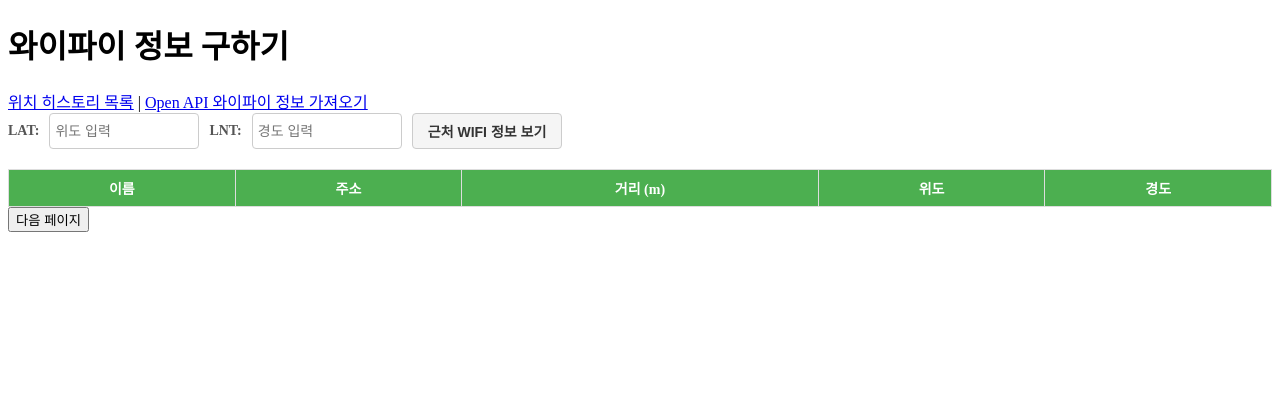
Repository: sangpyolee0/zerobase_task
Page: http://localhost/WifiProject/
An editor plug-in stored every save of this project. The page is shown before and after the next save, followed by the edit.
The browser window is 1280 px wide. The pictures show the whole page.
The page is served by Tomcat 9.

Above is the page before, as saved 2024-12-08 17:52:07.

After the next save:
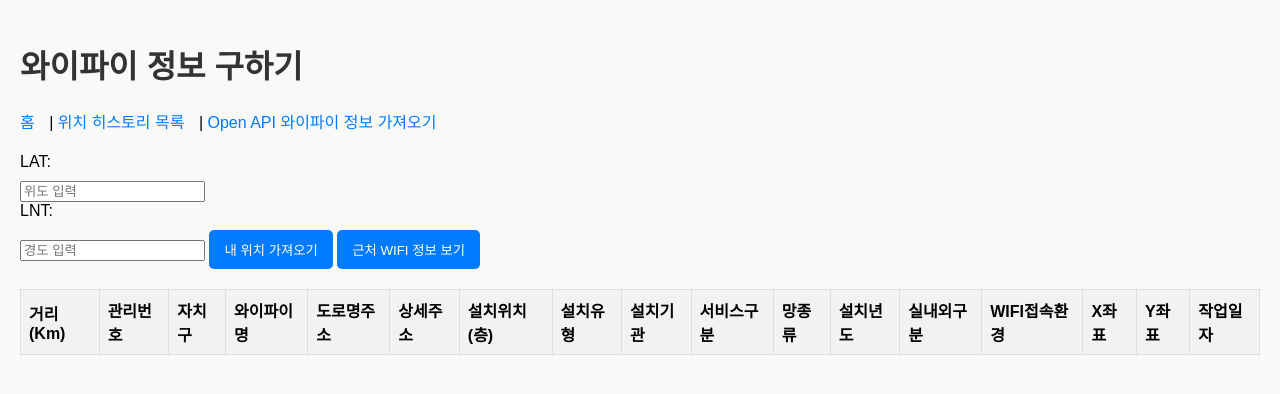
Saved 2 min 41 s later.
--- a/WifiProject/src/main/webapp/index.jsp
+++ b/WifiProject/src/main/webapp/index.jsp
@@ -2,98 +2,60 @@
 <!DOCTYPE html>
 <html>
 <head>
+    <link rel="stylesheet" type="text/css" href="css/style.css">
     <title>와이파이 정보 구하기</title>
-    <link rel="stylesheet" type="text/css" href="css/index.css">
-    <script>
-        let currentPage = 1; // 현재 페이지 번호
-
-        // AJAX 요청 함수
-        function fetchWifiData(lat, lnt, page) {
-            fetch(`nearby-wifi.jsp?lat=${lat}&lnt=${lnt}&page=${page}`)
-                .then(response => response.json())
-                .then(data => {
-                    if (data.length > 0) {
-                        renderTable(data);
-                    } else {
-                        alert("더 이상 데이터가 없습니다.");
-                    }
-                })
-                .catch(error => console.error("Error:", error));
-        }
-
-        // 테이블 렌더링 함수
-        function renderTable(data) {
-            const tableBody = document.getElementById("wifi-table-body");
-            if (currentPage === 1) tableBody.innerHTML = ""; // 첫 페이지면 기존 데이터 삭제
-
-            data.forEach(row => {
-                const tr = document.createElement("tr");
-                tr.innerHTML = `
-                    <td>${row.name}</td>
-                    <td>${row.address}</td>
-                    <td>${row.distance}</td>
-                    <td>${row.lat}</td>
-                    <td>${row.lnt}</td>
-                `;
-                tableBody.appendChild(tr);
-            });
-        }
-
-        // 근처 WIFI 정보 보기 버튼 클릭 이벤트
-        function showWifiData() {
-            const lat = document.getElementById("lat").value;
-            const lnt = document.getElementById("lnt").value;
-
-            if (!lat || !lnt) {
-                alert("위도와 경도를 입력해주세요!");
-                return;
-            }
-
-            currentPage = 1; // 페이지 초기화
-            fetchWifiData(lat, lnt, currentPage);
-        }
-
-        // 다음 페이지 버튼 클릭 이벤트
-        function loadNextPage() {
-            const lat = document.getElementById("lat").value;
-            const lnt = document.getElementById("lnt").value;
-
-            currentPage++;
-            fetchWifiData(lat, lnt, currentPage);
-        }
-    </script>
 </head>
 <body>
     <div class="container">
         <h1>와이파이 정보 구하기</h1>
         <nav>
+            <a href="index.jsp">홈</a> |
             <a href="history.jsp">위치 히스토리 목록</a> |
             <a href="add-wifi.jsp">Open API 와이파이 정보 가져오기</a>
         </nav>
-        <form onsubmit="event.preventDefault(); showWifiData();">
+        <form>
             <label for="lat">LAT:</label>
             <input type="text" id="lat" name="lat" placeholder="위도 입력">
             <label for="lnt">LNT:</label>
             <input type="text" id="lnt" name="lnt" placeholder="경도 입력">
-            <button type="button" onclick="showWifiData()">근처 WIFI 정보 보기</button>
+            <button type="button" onclick="fetchLocation()">내 위치 가져오기</button>
+            <button type="button" onclick="fetchWifiData()">근처 WIFI 정보 보기</button>
         </form>
-        <div class="table-container">
-            <table>
-                <thead>
-                    <tr>
-                        <th>이름</th>
-                        <th>주소</th>
-                        <th>거리 (m)</th>
-                        <th>위도</th>
-                        <th>경도</th>
-                    </tr>
-                </thead>
-                <tbody id="wifi-table-body">
-                    <!-- 동적으로 추가될 데이터 -->
-                </tbody>
-            </table>
-            <button type="button" onclick="loadNextPage()">다음 페이지</button>
-        </div>
+        <table id="wifiTable">
+            <thead>
+                <tr>
+                    <th>거리(Km)</th>
+                    <th>관리번호</th>
+                    <th>자치구</th>
+                    <th>와이파이명</th>
+                    <th>도로명주소</th>
+                    <th>상세주소</th>
+                    <th>설치위치(층)</th>
+                    <th>설치유형</th>
+                    <th>설치기관</th>
+                    <th>서비스구분</th>
+                    <th>망종류</th>
+                    <th>설치년도</th>
+                    <th>실내외구분</th>
+                    <th>WIFI접속환경</th>
+                    <th>X좌표</th>
+                    <th>Y좌표</th>
+                    <th>작업일자</th>
+                </tr>
+            </thead>
+            <tbody>
+                <!-- 데이터 렌더링 -->
+            </tbody>
+        </table>
     </div>
 </body>
+<script>
+    function fetchLocation() {
+        // 내 위치 가져오기 로직
+    }
+
+    function fetchWifiData() {
+        // AJAX 요청으로 근처 WIFI 데이터 가져오기
+    }
+</script>
 </html>
